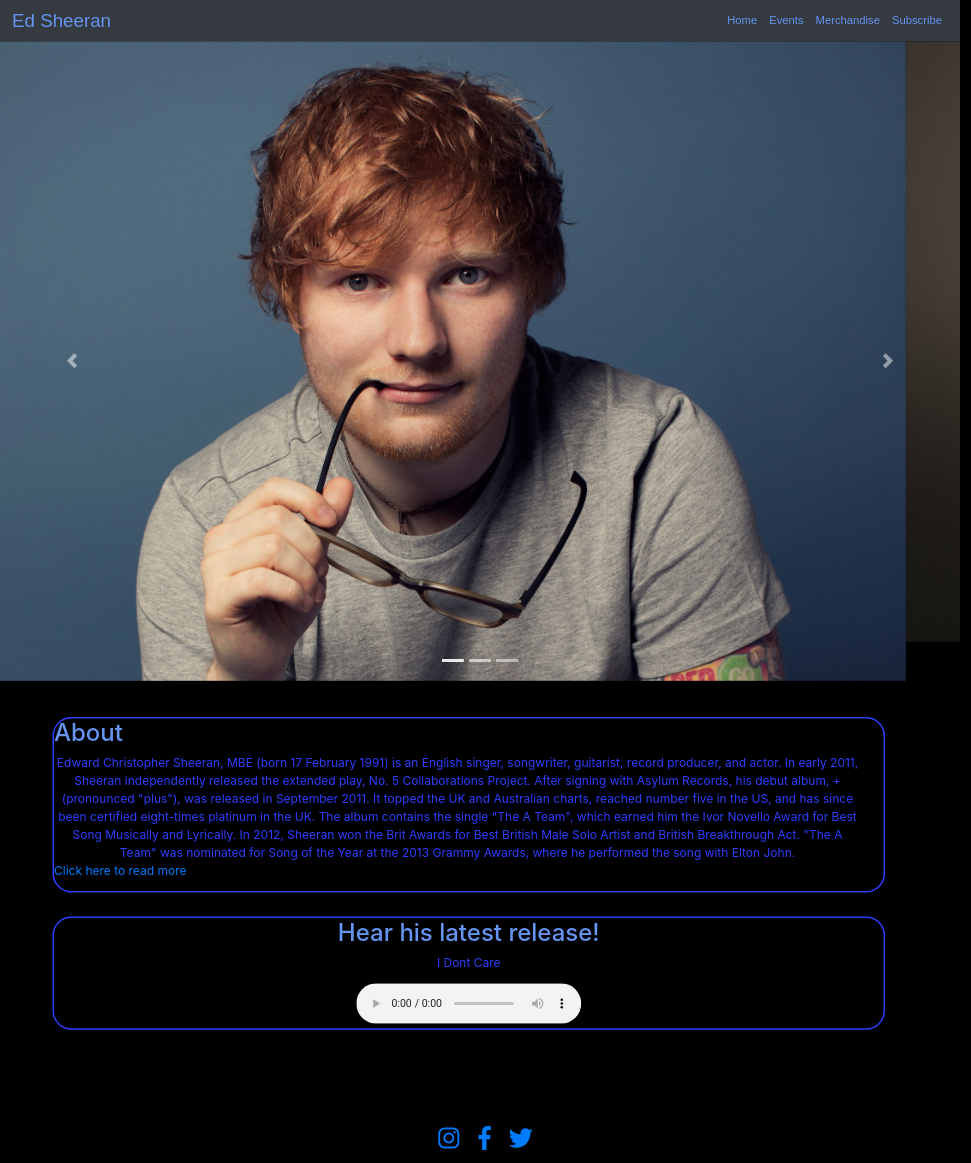
Repository: amit238/milestone-project-1
Page: index.html
The author's editor kept a record of every edit. The page is drawn from the files as they stood at one moment, then again after the next edit.
The browser window is 1280 px wide. The page is 1295 px wide, so the pictures cover 1295 px, including what lies to the right of the window. The pictures show the whole page, at 75% of full size.
Some web libraries are served in a nearby version.

Above is the page before.

### index.html
<!DOCTYPE html>
<html lang="en">

<head>
  <meta charset="UTF-8">
  <meta name="viewport" content="width=device-width, initial-scale=1.0">
  <meta http-equiv="X-UA-Compatible" content="ie=edge">
  <link rel="stylesheet" href="https://maxcdn.bootstrapcdn.com/bootstrap/4.2.1/css/bootstrap.min.css" type="text/css" />
  <link rel="stylesheet" href="https://use.fontawesome.com/releases/v5.0.10/css/all.css" integrity="sha384-+d0P83n9kaQMCwj8F4RJB66tzIwOKmrdb46+porD/OvrJ+37WqIM7UoBtwHO6Nlg" crossorigin="anonymous">
  <link rel="stylesheet" href="assets/css/style.css">
  <title>Ed Sheeran - User Centric Frontend Project</title>
</head>

<body>
  <nav class="navbar navbar-expand-lg navbar-dark bg-dark">
    <a class="edsheeran-brand">Ed Sheeran</a>
    <button type="button" class="navbar-toggler" data-toggle="collapse" data-target="#main-menu" aria-expanded="true">
                <span class="navbar-toggler-icon"></span>
            </button>
    <div id="main-menu" class="navbar-collapse collapse">
      <ul class="navbar-nav ml-auto">
        <li class="nav-item active"><a class="nav-link" href="index.html">Home</a></li>
        <li class="nav-item"><a class="nav-link" href="events.html">Events</a></li>
        <li class="nav-item"><a class="nav-link" href="merchandise.html">Merchandise</a></li>
        <li class="nav-item"><a class="nav-link" href="subscribe.html">Subscribe</a></li>
      </ul>
    </div>
  </nav>
  <div id="carouselExampleCaptions" class="carousel slide" data-ride="carousel">
    <ol class="carousel-indicators">
      <li data-target="#carouselExampleCaptions" data-slide-to="0" class="active"></li>
      <li data-target="#carouselExampleCaptions" data-slide-to="1"></li>
      <li data-target="#carouselExampleCaptions" data-slide-to="2"></li>
    </ol>
    <div class="carousel-inner">
      <div class="carousel-item active">
        <img class="d-block w-100" src="wallpaper.jpg" alt="First Slide">
      </div>
      <div class="carousel-item">
        <img class="d-block w-100" src="ed-sheeran-sitting-down.jpg" alt="Second Slide">
      </div>
      <div class="carousel-item">
        <img class="d-block w-100" src="edsheeranwall.jpg" alt="Third Slide">
      </div>
    </div>
    <a class="carousel-control-prev" href="#carouselExampleCaptions" role="button" data-slide="prev">
    <span class="carousel-control-prev-icon" aria-hidden="true"></span>
    <span class="sr-only">Previous</span>
  </a>
    <a class="carousel-control-next" href="#carouselExampleCaptions" role="button" data-slide="next">
    <span class="carousel-control-next-icon" aria-hidden="true"></span>
    <span class="sr-only">Next</span>
  </a>
  </div>
  <div class="background">
    <div class="container">
      <div class="row about-section">
        <div class="col-12">
          <h2 class="row about-header">About</h2>
          <p class="row about-para">Edward Christopher Sheeran, MBE (born 17 February 1991) is an English singer, songwriter, guitarist, record producer, and actor. In early 2011, Sheeran independently released the extended play, No. 5 Collaborations Project. After signing with
            Asylum Records, his debut album, + (pronounced "plus"), was released in September 2011. It topped the UK and Australian charts, reached number five in the US, and has since been certified eight-times platinum in the UK. The album contains
            the single "The A Team", which earned him the Ivor Novello Award for Best Song Musically and Lyrically. In 2012, Sheeran won the Brit Awards for Best British Male Solo Artist and British Breakthrough Act. "The A Team" was nominated for Song
            of the Year at the 2013 Grammy Awards, where he performed the song with Elton John.<a href="https://en.wikipedia.org/wiki/Ed_Sheeran" target="_top"> Click here to read more</a></p>
        </div>
      </div>
      <div class="row audio-section">
        <div class="col-12">
          <h2 class="audio-header">Hear his latest release!</h2>
          <p>I Dont Care</p>
          <audio class="song" controls>
              <source src="Ed_Sheeran_I_Dont_Care.mp3" type="audio/mpeg">
          </audio>
        </div>
      </div>
    </div>
  </div>

  <footer>
        <hr>
        <div class="row">
            <div class="col-12">
                <ul class="list-inline social-links">
                    <li class="list-inline-item"><a target="_blank" href="https://www.facebook.com"><i></i></a>
                    </li>
                    <li class="list-inline-item"><a href="https://www.instagram.com/teddysphotos/?hl=en"><i class="fab fa-instagram fa-2x fa-fw"></i></a>
                    <li class="list-inline-item"><a href="https://en-gb.facebook.com/EdSheeranMusic"><i class="fab fa-facebook-f fa-2x fa-fw"></i></a>
                    <li class="list-inline-item"><a href="https://twitter.com/edsheeran?lang=en"><i class="fab fa-twitter fa-2x fa-fw"></i></a>
                    </li>
                </ul>
            </div>
        </div>
    </footer>
  <script src="https://code.jquery.com/jquery-3.3.1.slim.min.js" integrity="sha384-q8i/X+965DzO0rT7abK41JStQIAqVgRVzpbzo5smXKp4YfRvH+8abtTE1Pi6jizo" crossorigin="anonymous"></script>
  <script src="https://cdnjs.cloudflare.com/ajax/libs/popper.js/1.14.6/umd/popper.min.js" integrity="sha384-wHAiFfRlMFy6i5SRaxvfOCifBUQy1xHdJ/yoi7FRNXMRBu5WHdZYu1hA6ZOblgut" crossorigin="anonymous"></script>
  <script src="https://stackpath.bootstrapcdn.com/bootstrap/4.2.1/js/bootstrap.min.js" integrity="sha384-B0UglyR+jN6CkvvICOB2joaf5I4l3gm9GU6Hc1og6Ls7i6U/mkkaduKaBhlAXv9k" crossorigin="anonymous"></script>
</body>

</html>

### assets/css/style.css
body {
    background-color: #000000;
}


/*----------NAVBAR------------*/

.navbar.navbar-expand-lg.navbar-dark.bg-dark .edsheeran-brand {
    color: #6594F1;
    font-family: sans-serif;
    font-size: 25px;

}

.navbar.navbar-expand-lg.navbar-dark.bg-dark .nav-link {
    color: #6594F1;
    font-family: sans-serif;
    font-size: 15px;
}

/*----------CAROUSEL------------*/

.size {
    height: 90vh;
    width: 100%;
}

/*------------ABOUT-------------*/

.background {
    background-image: url("../../edsheeranblack.png");
    background-repeat: no-repeat;
    background-position: top right;
}

.container {
    width: 100%;
    color: red;
    position: relative;
    top: 3em;
    height: 35em;
    text-align: center;
}

.about-header {
    color: #6594F1;
}

.audio-header {
    color: #6594F1;
}


.about-section {
    border-radius: 25px;
    border-style: solid;
    border-width: 2px;
    width: 60%;
    padding: 25;
    margin: 25;
    color: #2E3EFF;
}

.audio-section {
    position: relative;
    top: 2em;
    border-radius: 25px;
    border-style: solid;
    border-width: 2px;
    width: 60%;
    padding: 25;
    margin: 25;
    color: #2E3EFF;
}

@media screen and (min-width: 1302px) {
    .container {
        background-image: url("../../edsheeranblack.png") no-repeat;
    }
    .about-para {
        width: 100%;
    }
}

@media only screen and (max-width: 1302px) {
    .background {
        background-image: none;
    }
    .about-para {
        width: 100%;
    }
    .about-section {
        width: 100%;
    }
    .audio-section {
        width: 100%
    }

}

/*---footer---*/

.list-inline {
    text-align: center;
}

a {
    text-align: center;
}

After the next edit:
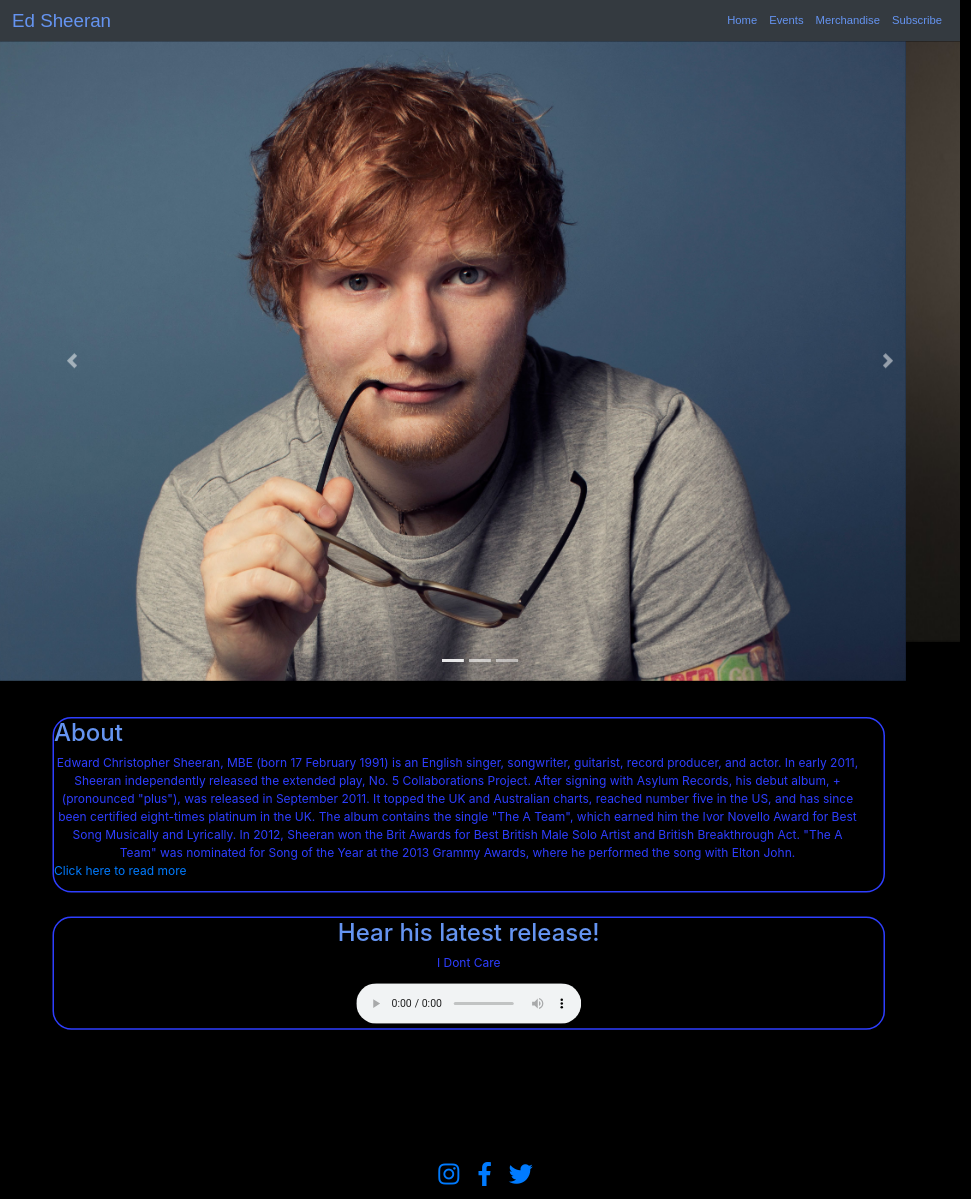
The edit:
--- a/assets/css/style.css
+++ b/assets/css/style.css
@@ -38,7 +38,7 @@
     color: red;
     position: relative;
     top: 3em;
-    height: 35em;
+    height: 38em;
     text-align: center;
 }
 
